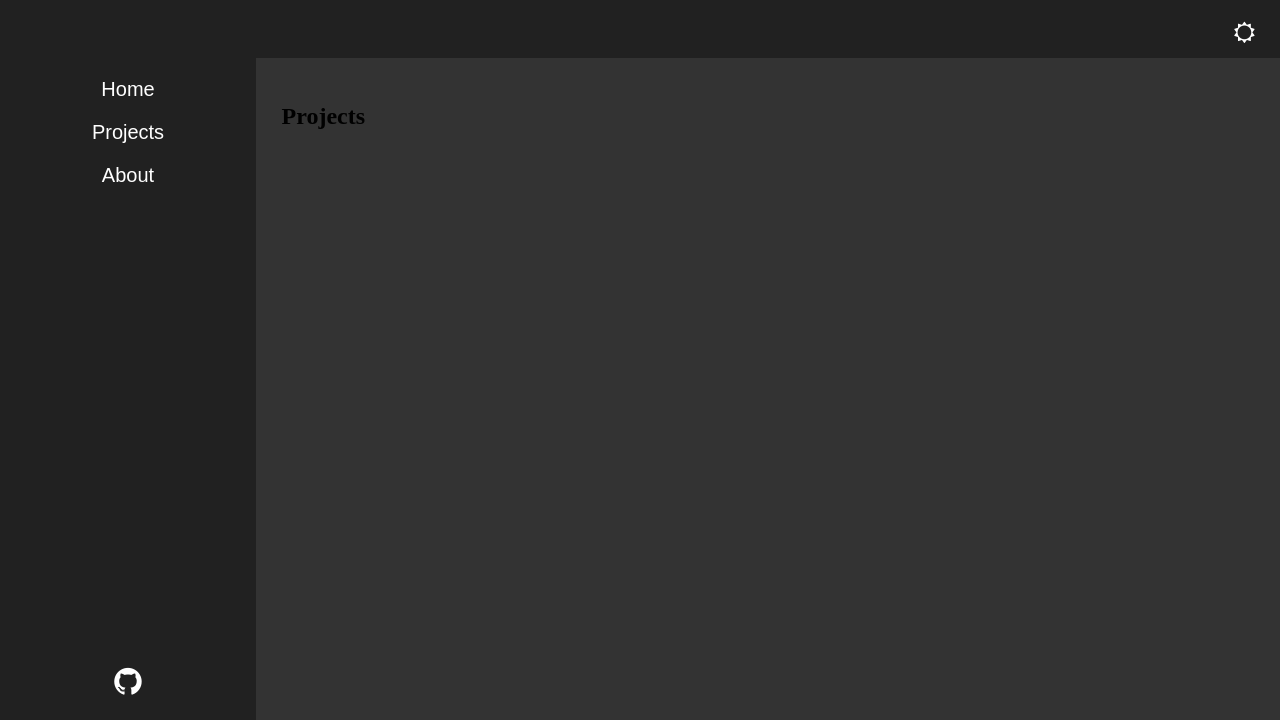
Repository: josephinel6/josephinel6.github.io
Page: index.html
An editor plug-in stored every save of this project. The page is shown before and after the next save, followed by the edit.
The browser window is 1280 px wide. The pictures show the whole page.

Above is the page before, as saved 2023-04-05 08:55:15.

After the next save:
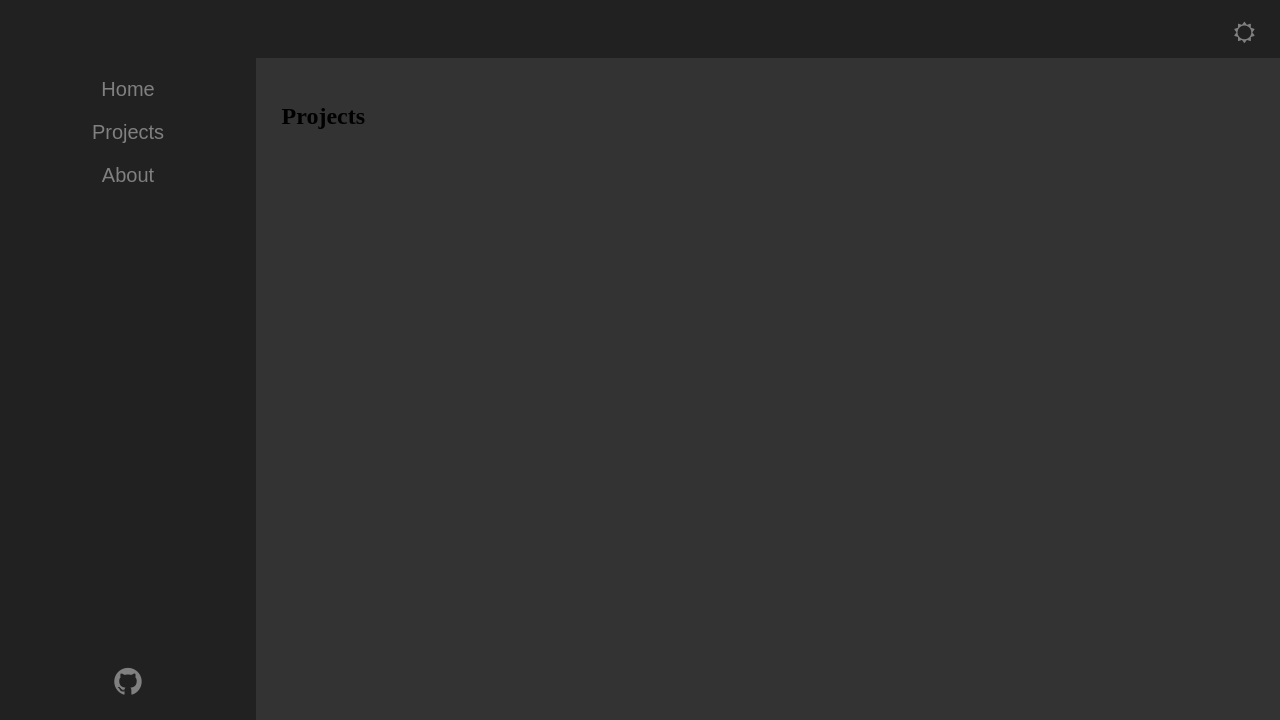
Saved 10 s later.
--- a/index.html
+++ b/index.html
@@ -14,7 +14,7 @@
 
         :root.dark {
             --color-bg: #212121;
-            --color-menu-text: white;
+            --color-menu-text: gray;
             --color-page-bg: #333333;
             --color-obj-bg: darkgray;
             --color-title-text: white;
